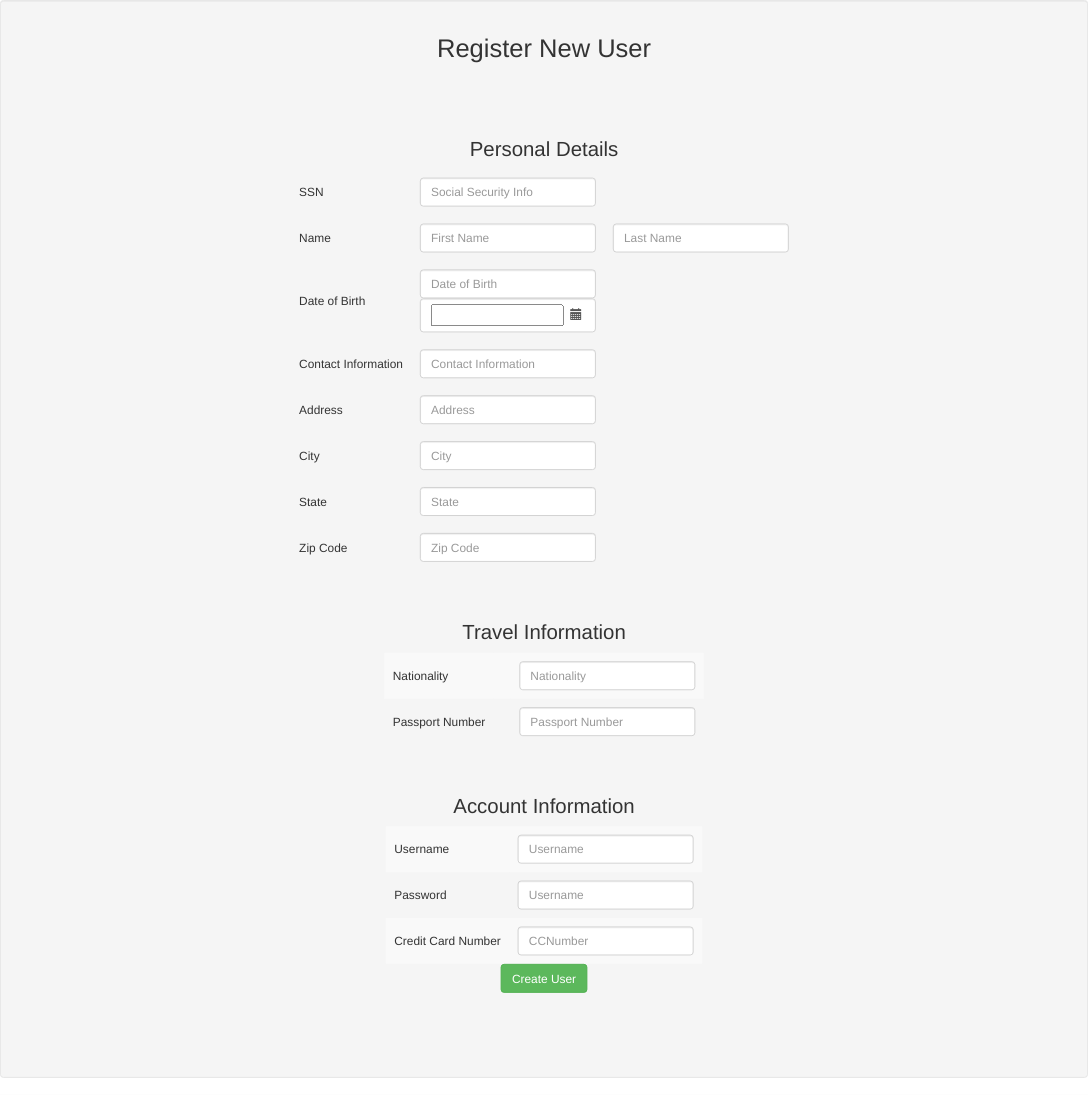
Repository: harshadrane89/CMPE273-WebService-AirlineManagement
Page: http://localhost/AirlineManagementSystemClient/TwitterGUI/NewCustomer.jsp
The author's editor kept a copy of each file at every save. The page is drawn from the files as they stood at one save, then again after the next save.
The browser window is 1280 px wide. The pictures show the whole page, at 85% of full size.
The page is served by Tomcat 9. Other server files are loaded and not shown.

Above is the page before, as saved 2013-12-08 10:10:32.

### 273_Project_Tomcat/AirlineManagementSystemClient/WebContent/TwitterGUI/NewCustomer.jsp
<%@page import="com.airlinemgmt.beans.Traveller"%>
<%@ page language="java" contentType="text/html; charset=ISO-8859-1"
	pageEncoding="ISO-8859-1"%>
<!DOCTYPE html PUBLIC "-//W3C//DTD HTML 4.01 Transitional//EN" "http://www.w3.org/TR/html4/loose.dtd">
<html>
<head>
<meta http-equiv="Content-Type" content="text/html; charset=ISO-8859-1">
<title>New Customer</title>
<link href="../css/bootstrap.min.css" rel="stylesheet" media="screen">
</head>
<body>


	<form action="../CustomerProcessor" method="post" class="well">

		<center>
			<h2>Register New User</h2>
			<br> <br> <br>
			<%
				Traveller traveller = new Traveller();
				if (session.getAttribute("tObj") != null) {
					traveller = (Traveller) session.getAttribute("tObj");
				}
			%>

			<h3>Personal Details</h3>

			<table cellpadding="10px" cellspacing="10px" class="">
				<tr>
					<td>SSN</td>
					<td><input type="text" placeholder="Social Security Info"
						name="ssn"
						value="<%=traveller.getCustId() != null ? traveller.getCustId()
					: ""%>"
						class="form-control"></td>
				</tr>
				<tr>
					<td>Name</td>
					<td><input type="text" placeholder="First Name" name="fName"
						value="<%=traveller.getfName() != null ? traveller.getfName() : ""%>"
						class="form-control"></td>
					<td><input type="text" placeholder="Last Name" name="lName"
						value="<%=traveller.getlName() != null ? traveller.getlName() : ""%>"
						class="form-control"></td>
				</tr>

				<tr>
					<td>Date of Birth</td>
					<td><input type="text" placeholder="Date of Birth" name="dob"
						value="<%=traveller.getDob() != null ? traveller.getDob() : ""%>"
						class="form-control">


						<div class="input-append date input-group form-control" id="dp1"
							data-date="12-07-2012" data-date-format="mm-dd-yyyy">
							<input class="span2" name="dob" size="16" type="text"
								value="<%=traveller.getDob() != null ? traveller.getDob() : ""%>" readonly> &nbsp;<span
								class="add-on glyphicon glyphicon-calendar" required="true"></span>
						</div>


						</td>
				</tr>
				<tr>
					<td>Contact Information</td>
					<td><input type="text" placeholder="Contact Information"
						name="cInfo"
						value="<%=traveller.getContactNo() != null ? traveller
					.getContactNo() : ""%>"
						class="form-control"></td>
				</tr>
				<tr>
					<td>Address</td>
					<td><input type="text" placeholder="Address" name="address"
						value="<%=traveller.getAddress() != null ? traveller.getAddress()
					: ""%>"
						class="form-control"></td>
				</tr>
				<tr>
					<td>City</td>
					<td><input type="text" placeholder="City" name="city"
						value="<%=traveller.getCity() != null ? traveller.getCity() : ""%>"
						class="form-control"></td>
				</tr>
				<tr>
					<td>State</td>
					<td><input type="text" placeholder="State" name="state"
						value="<%=traveller.getState() != null ? traveller.getState() : ""%>"
						class="form-control"></td>
				</tr>
				<tr>
					<td>Zip Code</td>
					<td><input type="text" placeholder="Zip Code" name="zip"
						value="<%=traveller.getZipCode() != null ? traveller.getZipCode()
					: ""%>"
						class="form-control"></td>
				</tr>
			</table>

		</center>
		<br> <br>

		<center>
			<h3>Travel Information</h3>
			<table cellpadding="10px" cellspacing="10px" class="table-striped">
				<tr>
					<td>Nationality</td>
					<td>
					<td><input type="text" placeholder="Nationality"
						name="uNationality"
						value="<%=traveller.getNationality() != null ? traveller
					.getNationality() : ""%>"
						class="form-control"></td>
				</tr>
				<tr>
					<td>Passport Number</td>
					<td>
					<td><input type="text" placeholder="Passport Number"
						value="<%=traveller.getPassNum() != null ? traveller.getPassNum()
					: ""%>"
						name="uPNumber" class="form-control"></td>
				</tr>

			</table>
		</center>
		<br> <br>

		<center>
			<h3>Account Information</h3>
			<table cellpadding="10px" cellspacing="10px" class="table-striped"
				class="form-control">
				<tr>
					<td>Username</td>
					<td><input type="text" placeholder="Username" name="uName"
						value="<%=traveller.getUserName() != null ? traveller.getUserName()
					: ""%>"
						class="form-control"></td>
				</tr>
				<tr>
					<td>Password</td>
					<td><input type="password" placeholder="Username"
						name="uPasswd"
						value="<%=traveller.getPassword() != null ? traveller.getPassword()
					: ""%>"
						class="form-control"></td>
				</tr>
				<tr>
					<td>Credit Card Number</td>
					<td><input type="password" placeholder="CCNumber" name="uCC"
						value="<%=traveller.getCreditCardNum() != null ? traveller
					.getCreditCardNum() : ""%>"
						class="form-control"></td>
				</tr>
			</table>



			<input type="submit" class="btn btn-success" value="Create User">

			<br> <br> <br> <br> <br>
		</center>
	</form>

</body>
</html>

### 273_Project_Tomcat/AirlineManagementSystemClient/src/com/airlinemgmt/beans/Person.java
package com.airlinemgmt.beans;

import java.io.Serializable;

public class Person implements Serializable{

	/**
	 *
	 */
	private static final long serialVersionUID = 1L;
	private int personId;
	private String fName;
	private String lName;
	private String address;
	private String city;
	private String state;
	private String zipCode;
	private String dob;
	private int isActive;
	private String roleId;
	private String contactNo;
	private String password;
	private String userName;

	public String getPassword() {
		return password;
	}
	public void setPassword(String password) {
		this.password = password;
	}
	public String getUserName() {
		return userName;
	}
	public void setUserName(String username) {
		this.userName = username;
	}
	public String getContactNo() {
		return contactNo;
	}
	public void setContactNo(String contactNo) {
		this.contactNo = contactNo;
	}
	public int getPersonId() {
		return personId;
	}
	public void setPersonId(int personId) {
		this.personId = personId;
	}
	public String getfName() {
		return fName;
	}
	public void setfName(String fName) {
		this.fName = fName;
	}
	public String getlName() {
		return lName;
	}
	public void setlName(String lName) {
		this.lName = lName;
	}
	public String getAddress() {
		return address;
	}
	public void setAddress(String address) {
		this.address = address;
	}
	public String getCity() {
		return city;
	}
	public void setCity(String city) {
		this.city = city;
	}
	public String getState() {
		return state;
	}
	public void setState(String state) {
		this.state = state;
	}
	public String getZipCode() {
		return zipCode;
	}
	public void setZipCode(String zipCode) {
		this.zipCode = zipCode;
	}
	public String getDob() {
		return dob;
	}
	public void setDob(String dob) {
		this.dob = dob;
	}
	public int getIsActive() {
		return isActive;
	}
	public void setIsActive(int isActive) {
		this.isActive = isActive;
	}
	public String getRoleId() {
		return roleId;
	}
	public void setRoleId(String roleId) {
		this.roleId = roleId;
	}


}

### 273_Project_Tomcat/AirlineManagementSystemClient/src/com/airlinemgmt/beans/Traveller.java
package com.airlinemgmt.beans;

import java.io.Serializable;

public class Traveller extends Person implements Serializable{

	/**
	 *
	 */
	private static final long serialVersionUID = 1L;
	private String custId;
	private String passNum;
	private String nationality;
	private String creditCardNum;

	public String getCustId() {
		return custId;
	}
	public void setCustId(String custId) {
		this.custId = custId;
	}
	public String getPassNum() {
		return passNum;
	}
	public void setPassNum(String passNum) {
		this.passNum = passNum;
	}
	public String getNationality() {
		return nationality;
	}
	public void setNationality(String nationality) {
		this.nationality = nationality;
	}
	public String getCreditCardNum() {
		return creditCardNum;
	}
	public void setCreditCardNum(String creditCardNum) {
		this.creditCardNum = creditCardNum;
	}
}

Loaded but not shown: 273_Project_Tomcat/AirlineManagementSystemClient/WebContent/css/bootstrap.min.css (library)

After the next save:
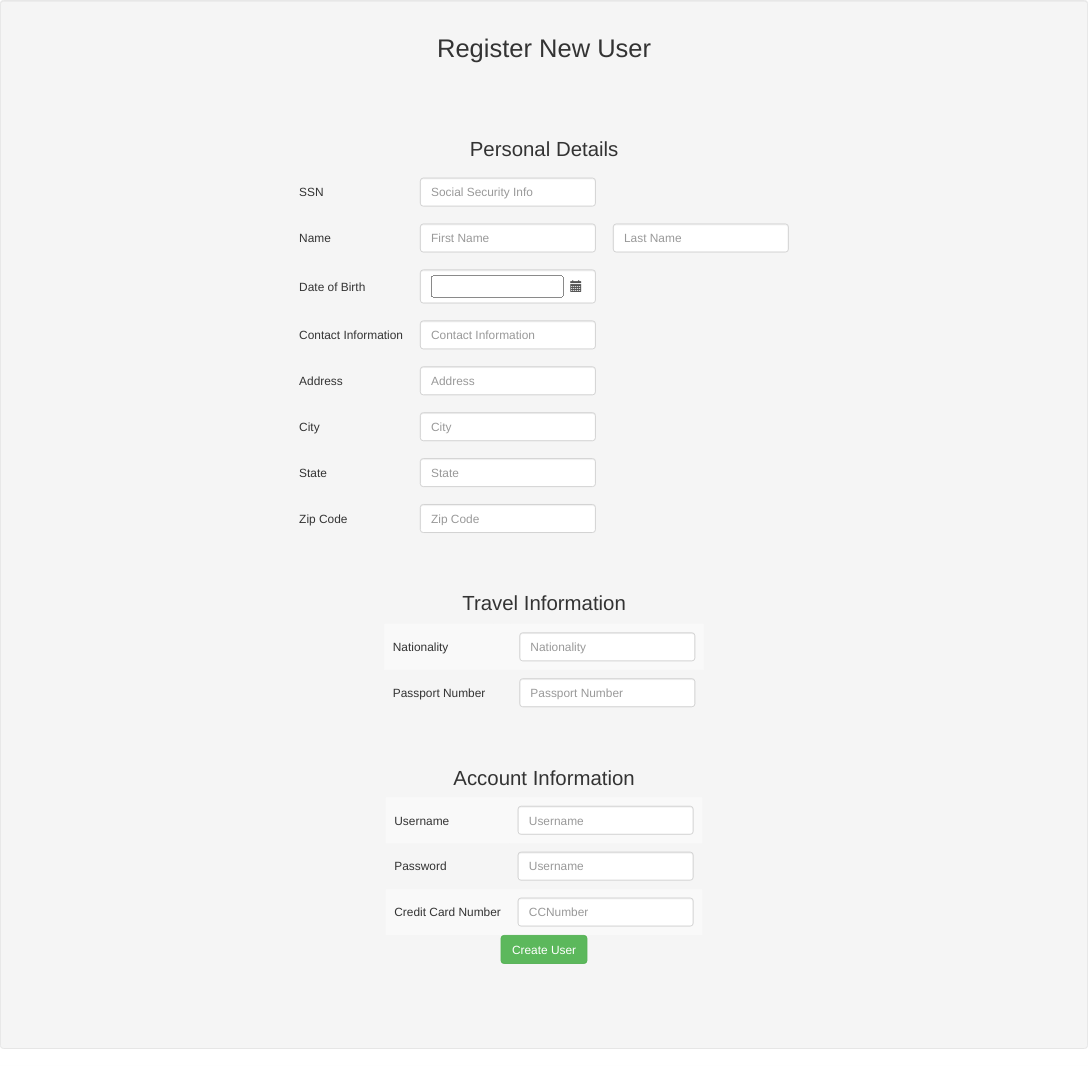
Saved 5 s later.
--- a/273_Project_Tomcat/AirlineManagementSystemClient/WebContent/TwitterGUI/NewCustomer.jsp
+++ b/273_Project_Tomcat/AirlineManagementSystemClient/WebContent/TwitterGUI/NewCustomer.jsp
@@ -46,9 +46,7 @@
 
 				<tr>
 					<td>Date of Birth</td>
-					<td><input type="text" placeholder="Date of Birth" name="dob"
-						value="<%=traveller.getDob() != null ? traveller.getDob() : ""%>"
-						class="form-control">
+					<td>
 
 
 						<div class="input-append date input-group form-control" id="dp1"

After the save that followed:
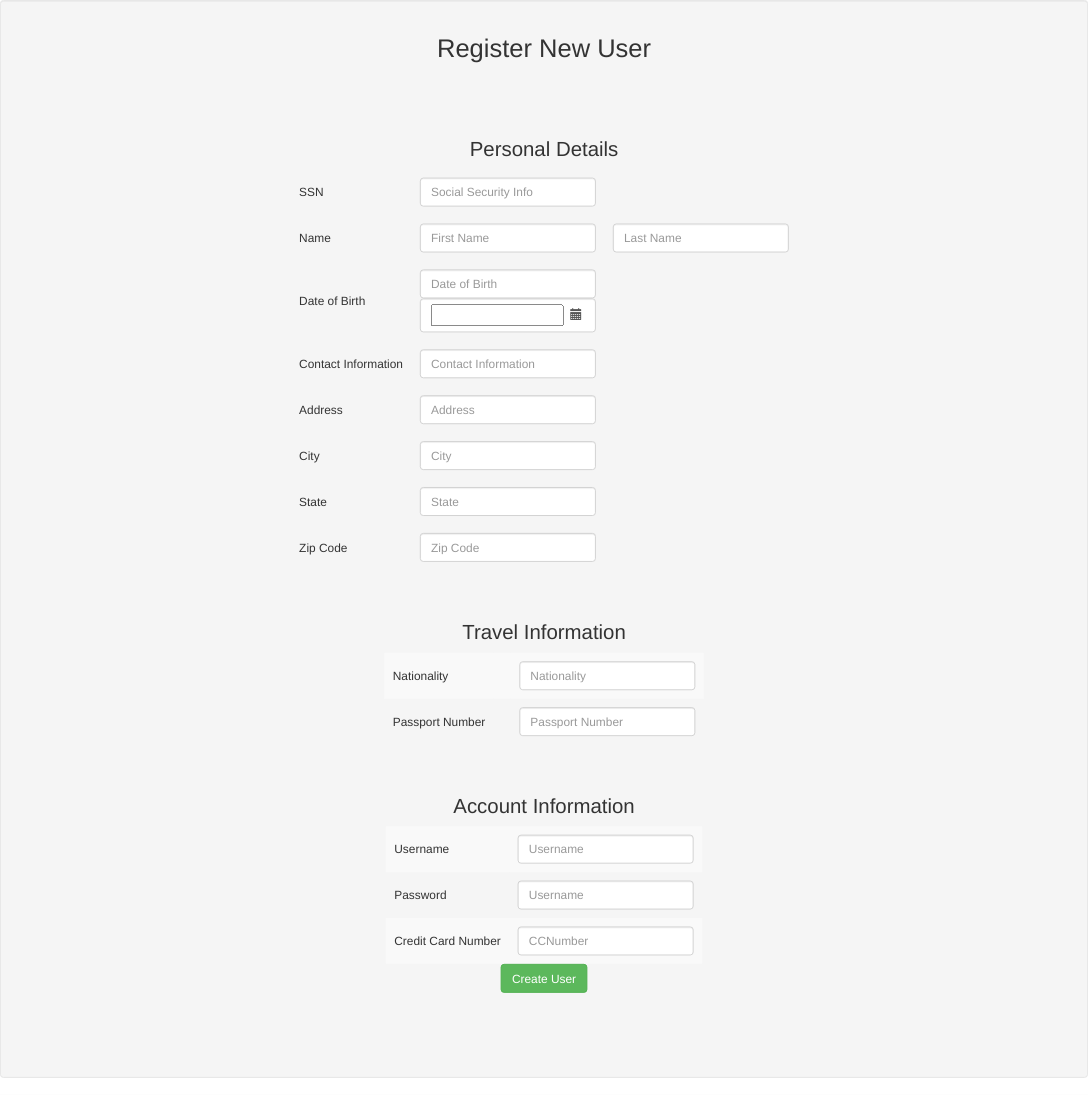
Saved 64 s later.
--- a/273_Project_Tomcat/AirlineManagementSystemClient/WebContent/TwitterGUI/NewCustomer.jsp
+++ b/273_Project_Tomcat/AirlineManagementSystemClient/WebContent/TwitterGUI/NewCustomer.jsp
@@ -46,7 +46,9 @@
 
 				<tr>
 					<td>Date of Birth</td>
-					<td>
+					<td><input type="text" placeholder="Date of Birth" name="dob"
+						value="<%=traveller.getDob() != null ? traveller.getDob() : ""%>"
+						class="form-control">
 
 
 						<div class="input-append date input-group form-control" id="dp1"
